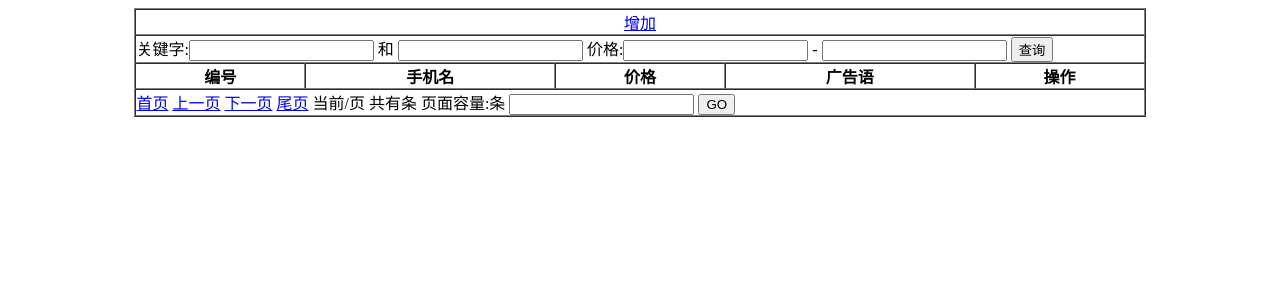
Repository: qyl1006/JavaCode
Page: http://localhost/task/WEB-INF/views/product/list.jsp
An editor plug-in stored every save of this project. The page is shown before and after the next save, followed by the edit.
The browser window is 1280 px wide. The pictures show the whole page.
The page is served by Tomcat 9. Nobody is signed in. Other server files are loaded and not shown. The template is opened directly, without the code that normally fills it, so the values that code supplies are empty.

Above is the page before, as saved 2018-03-14 10:48:13.

### workspace/task/webapp/WEB-INF/views/product/list.jsp
<%@ page language="java" contentType="text/html; charset=UTF-8"
    pageEncoding="UTF-8"%>
<!DOCTYPE html PUBLIC "-//W3C//DTD HTML 4.01 Transitional//EN" "http://www.w3.org/TR/html4/loose.dtd">
<%@ taglib prefix="c" uri="http://java.sun.com/jsp/jstl/core" %>
<html>
<head>
<meta http-equiv="Content-Type" content="text/html; charset=UTF-8">
<title>Insert title here</title>
</head>
<form action="/product" method="post" id="f1">
	<table align="center" border="1" cellpadding="0" cellspacing="0" width="80%">
		<tr align="center">
			<td colspan="5">
				<a href="/product?cmd=edit">增加</a>
			</td>
		</tr>

		<tr>
			<td colspan="5">
				关键字:<input type="text" name="name" value="${qo.name}"/> 和
				<input type="text" name="info" value="${qo.info}"/>
				价格:<input type="text" name="Minprice" value="${qo.minprice}"/> -
					<input type="text" name="Maxprice" value="${qo.maxprice}"/>
					<input type="submit" value="查询"/>
			</td>
		</tr>
		<tr align="center">
			<th>编号</th>
			<th>手机名</th>
			<th>价格</th>
			<th>广告语</th>
			<th>操作</th>
		</tr>

	<c:forEach items="${result.data}" var="p" varStatus="vs">
		<tr align="center" style="background-color: ${vs.count % 2 == 0 ? '' : 'red'}">
			<td>${p.id}</td>
			<td>${p.name}</td>
			<td>${p.price}</td>
			<td>${p.info}</td>
			<td>
				<a href="/product?cmd=edit&id=${p.id}">编辑</a>
				<a href="/product?cmd=delete&id=${p.id}">删除</a>
			</td>
		</tr>
	</c:forEach>

		<tr>
			<td colspan="5">
				<a href="/product?currentPage=1">首页</a>
				<a href="/product?currentPage=${result.prevPage}">上一页</a>
				<a href="/product?currentPage=${result.nextPage}">下一页</a>
				<a href="/product?currentPage=${result.endPage}">尾页</a>
				当前${result.currentPage}/${result.endPage}页
				共有${result.pageCount}条
				页面容量:${result.pageSize}条
				<input type="num"number" name="currentPage" value="${result.currentPage}"/>
				<input type="submit" value="GO"/>
			</td>
		</tr>
	</table>
</form>
<body>
</body>
</html>

After the next save:
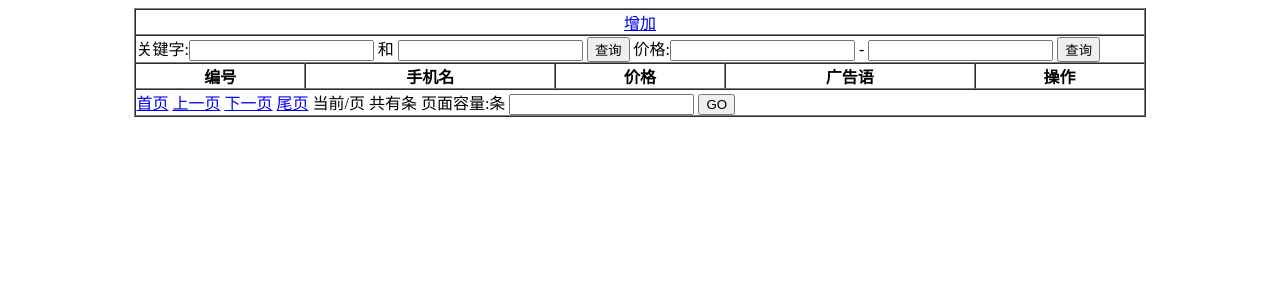
Saved 2 min 51 s later.
--- a/workspace/task/webapp/WEB-INF/views/product/list.jsp
+++ b/workspace/task/webapp/WEB-INF/views/product/list.jsp
@@ -19,6 +19,7 @@
 			<td colspan="5">
 				关键字:<input type="text" name="name" value="${qo.name}"/> 和
 				<input type="text" name="info" value="${qo.info}"/>
+				<input type="submit" value="查询"/>
 				价格:<input type="text" name="Minprice" value="${qo.minprice}"/> -
 					<input type="text" name="Maxprice" value="${qo.maxprice}"/>
 					<input type="submit" value="查询"/>
